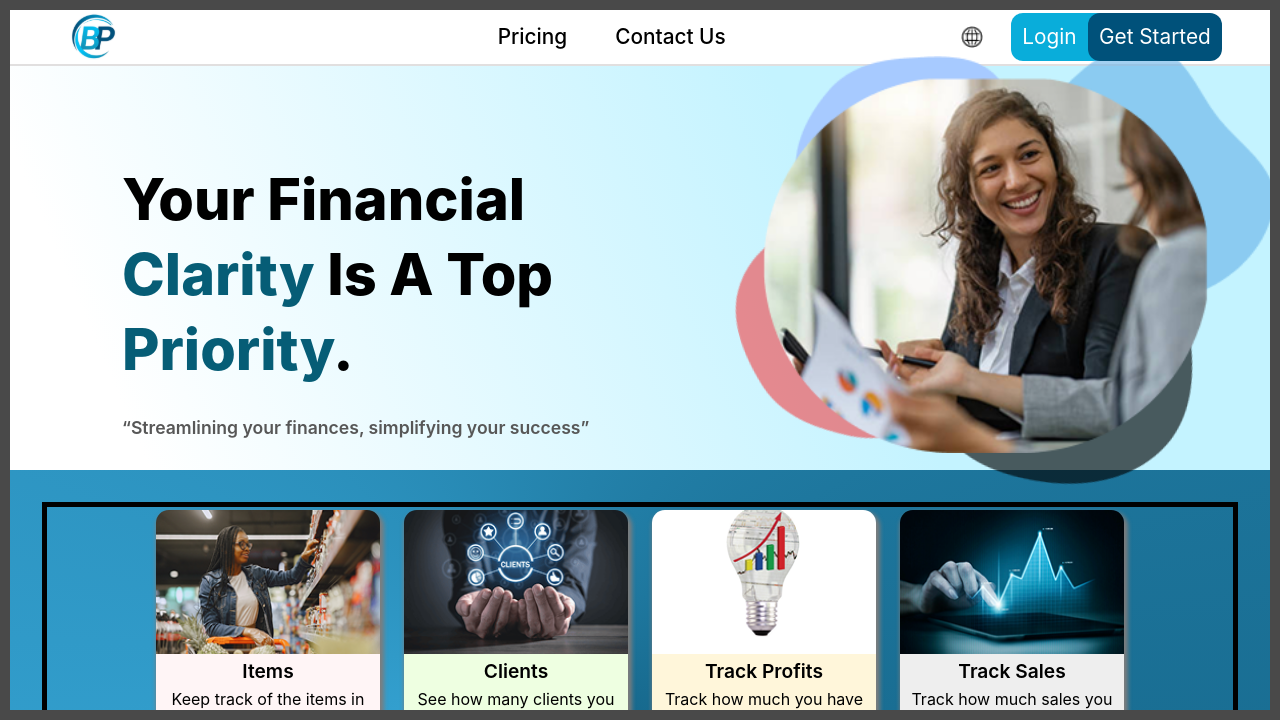
Repository: dark-txch/Bizpadi
Page: /
An editor plug-in stored every save of this project. The page is shown before and after the next save, followed by the edit.
The browser window is 1280 px wide. The pictures show the whole page.
The project was rebuilt for these pictures with package versions that can differ from the ones it lists, and the page was loaded fresh each time. Also part of the build but not shown: vite.config.js, src/components/ErrorBoundary.jsx, src/components/LandingPage/PricingPage/Pricing.jsx, src/components/LandingPage/LogInPage/LogIn.jsx.

Above is the page before, as saved 2025-04-09 20:12:10.

After the next save:
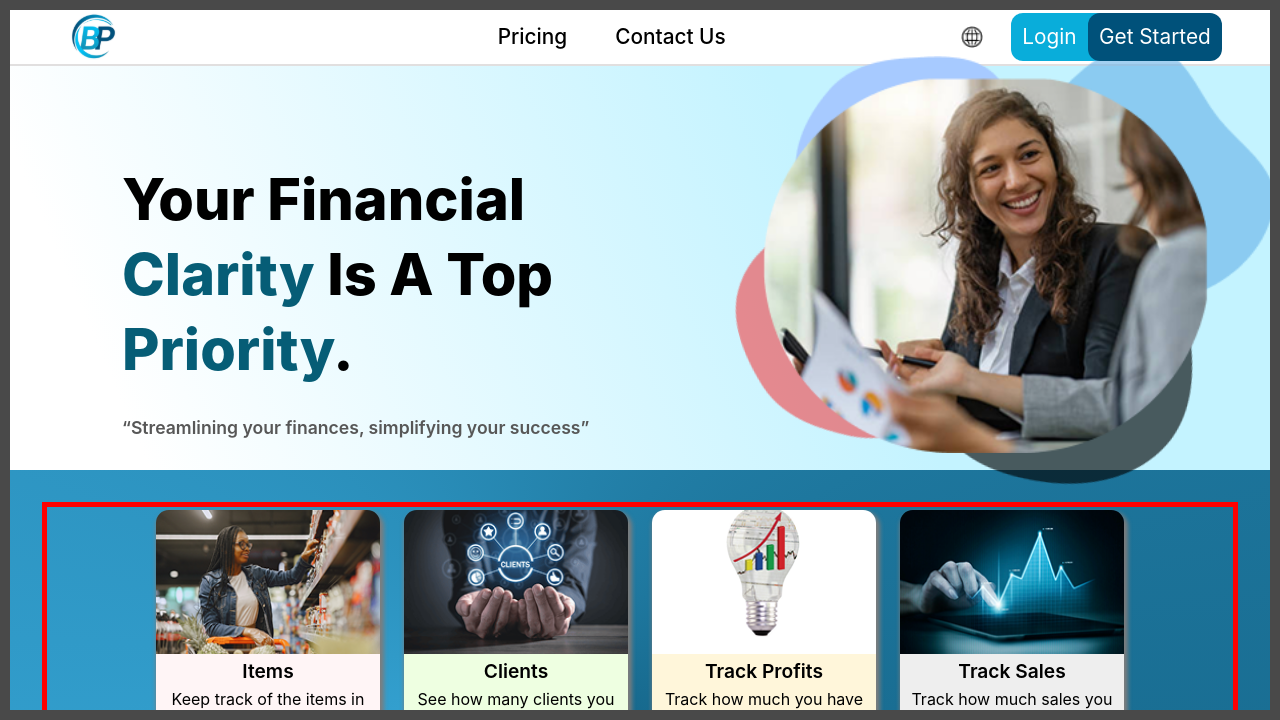
Saved 4 s later.
--- a/src/components/LandingPage/Footer.css
+++ b/src/components/LandingPage/Footer.css
@@ -26,7 +26,7 @@
 	flex-wrap: nowrap;
 	z-index: 999;
 
-	border: 5px solid ;
+	border: 5px solid red;
 }
 
 /* CONTAINER FOR THE FEATURES */
